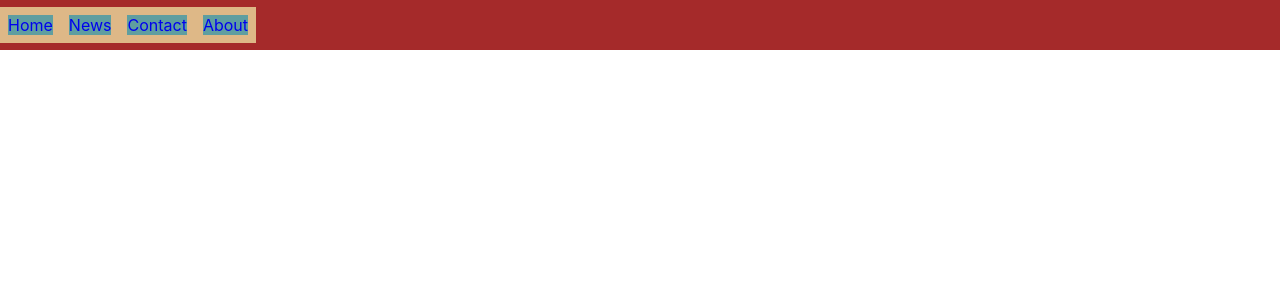
Repository: tusharpasricha/owlsomecoffee
Page: /
These files come from the project's save history. The page is drawn as it stood at one moment and after the next save; the edit follows.
The browser window is 1280 px wide. The pictures show the whole page.
The project was rebuilt for these pictures with package versions that can differ from the ones it lists, and the page was loaded fresh each time.

Above is the page before, as saved 2021-09-27 08:20:20.

### src/App.js

//import './App.css';
import Navbar from './components/navbar';

function App() {
  return (
    <div className="App">
     <Navbar>
     </Navbar>

    </div>
  );
}

export default App;

### src/components/navbar.js
import React from 'react'
import './navbar.css'

const Navbar = () => {
    return (
    <div className="nav">
<ul>
  <li><a href="default.asp">Home</a></li>
  <li><a href="news.asp">News</a></li>
  <li><a href="contact.asp">Contact</a></li>
  <li><a href="about.asp">About</a></li>
</ul>
    </div>
    )
}

export default Navbar

### src/components/navbar.css

.nav{
    display: flex;
    background-color: brown;
    height: 50px;
    align-items:center;


}
ul {
    background-color: burlywood;
    display: flex;
    list-style-type: none;
    margin: 0;
    padding: 0;
  }
  li{

      padding: 8px;

  }
  a{
    display: flex;

    float: right;
    background-color: cadetblue;
    text-decoration: none;
  }

Loaded but not shown: public/index.html (common file); src/index.js (common file); src/index.css (common file)

After the next save:
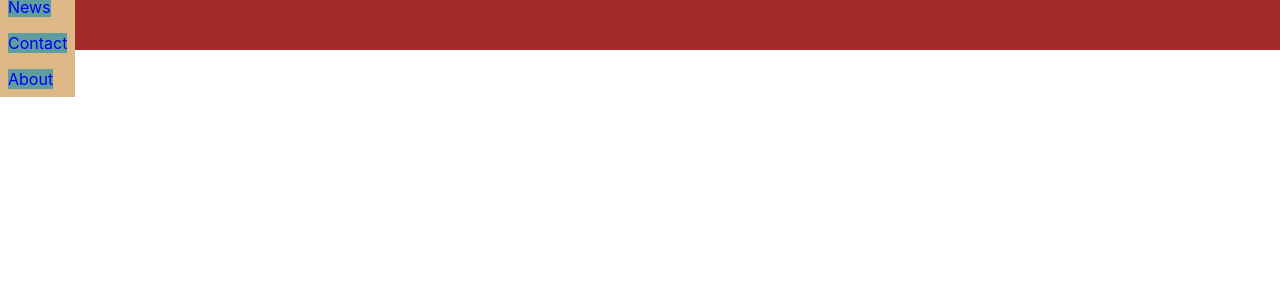
Saved 22 s later.
--- a/src/components/navbar.css
+++ b/src/components/navbar.css
@@ -9,20 +9,16 @@
 }
 ul {
     background-color: burlywood;
-    display: flex;
+
     list-style-type: none;
     margin: 0;
     padding: 0;
   }
   li{
-
       padding: 8px;
 
   }
   a{
-    display: flex;
-
-    float: right;
     background-color: cadetblue;
     text-decoration: none;
   }

After the 2 saves that followed:
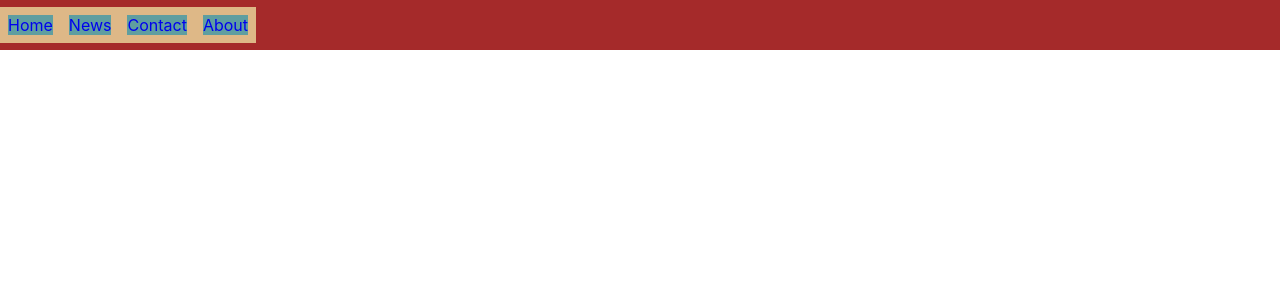
The 2 saves are shown as one change because 1 left the picture as it was.
The last was saved 33 s later.
--- a/src/components/navbar.css
+++ b/src/components/navbar.css
@@ -8,13 +8,14 @@
 
 }
 ul {
+    display: flex;
     background-color: burlywood;
-
     list-style-type: none;
     margin: 0;
     padding: 0;
   }
   li{
+
       padding: 8px;
 
   }
